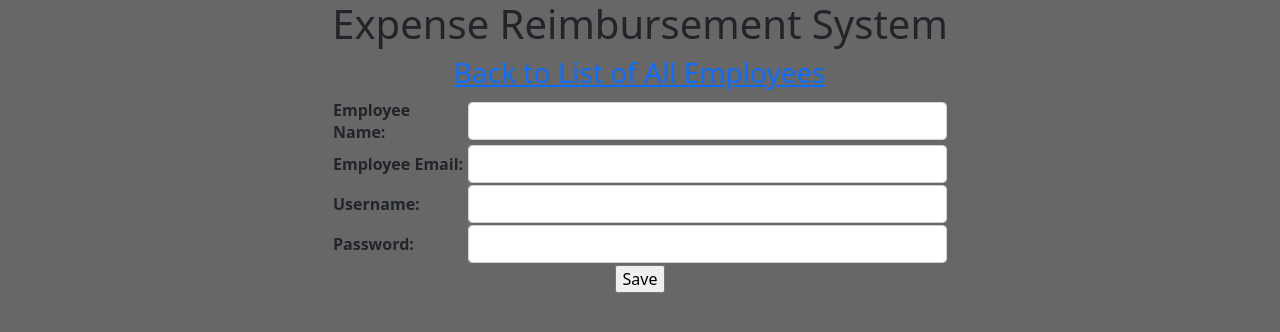
Repository: CCunningham0/project1
Page: http://localhost/reimbursement/employee-form.jsp
An editor plug-in stored every save of this project. The page is shown before and after the next save, followed by the edit.
The browser window is 1280 px wide. The pictures show the whole page.
The page is served by Tomcat 10.

Above is the page before, as saved 2021-09-07 05:34:53.

After the next save:
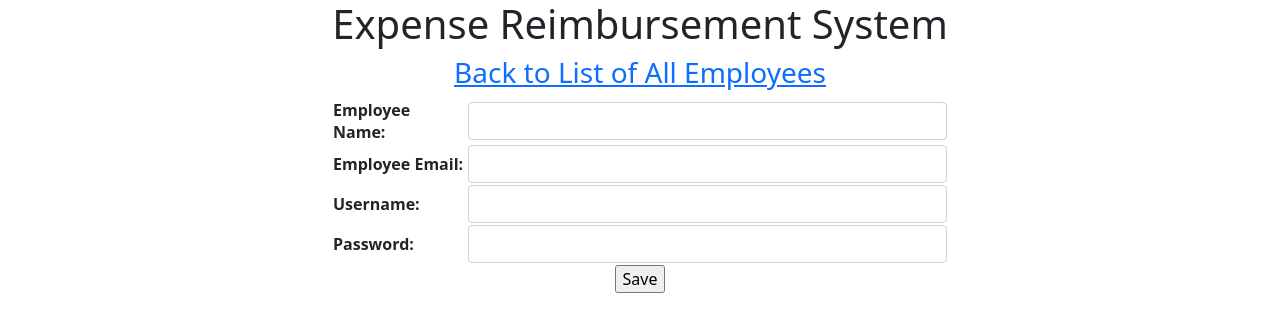
Saved 41 s later.
--- a/reimbursement/src/main/webapp/employee-form.jsp
+++ b/reimbursement/src/main/webapp/employee-form.jsp
@@ -10,7 +10,7 @@
 
 </head>
 
-<body style="background-color:#676767;">
+<body style="background-color:light-grey;">
 
 
 
